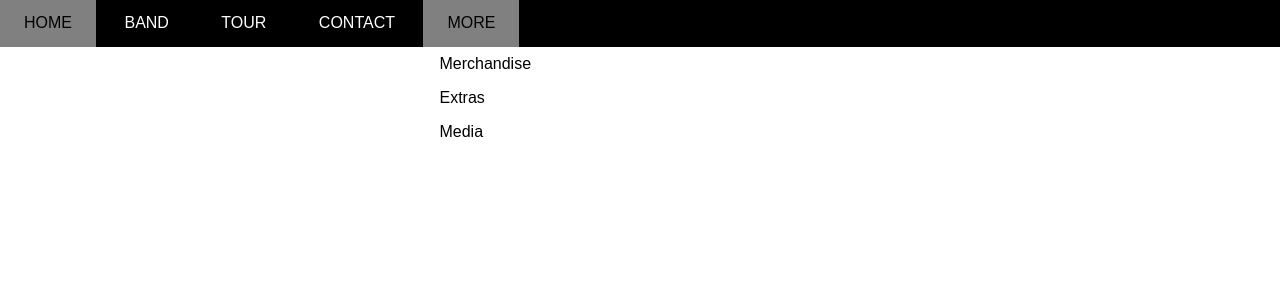
Repository: ngotranphuongbao/theband
Page: index.html
These files come from the project's save history. The page is drawn as it stood at one moment and after the next save; the edit follows.
The browser window is 1280 px wide. The pictures show the whole page.
The pointer rests on the first visible `#subnav > li`.
Some web libraries are served in a nearby version.

Above is the page before, as saved 2022-12-21 07:20:03.

### index.html
<!DOCTYPE html>
<html lang="en">
<head>
    <meta charset="UTF-8">
    <meta http-equiv="X-UA-Compatible" content="IE=edge">
    <meta name="viewport" content="width=device-width, initial-scale=1.0">
    <title>Document</title>
    <link rel="stylesheet" href="./assets/css/style.css">
    <script src="https://kit.fontawesome.com/55a0c61423.js" crossorigin="anonymous"></script>
</head>
<body>
    <div id="main">
        <div id="header">
            <ul id="nav">
                <li><a href="">Home</a></li>
                <li><a href="">Band</a></li>
                <li><a href="">Tour</a></li>
                <li><a href="">Contact</a></li>
                <li>
                    <a href="">More</a>
                    <ul id="subnav">
                        <li><a href="">Merchandise</a></li>
                        <li><a href="">Extras</a></li>
                        <li><a href="">Media</a></li>
                    </ul>
                </li>
            </ul>
        </div>

        <div id="slider">

        </div>

        <div id="content">

        </div>

        <div id="footer">

        </div>
    </div>

</body>
</html>

### assets/css/style.css
* {
    padding: 0px;
    margin: 0px;
    box-sizing: border-box;
}

html {
    font-family: Arial, Helvetica, sans-serif;
}

#main {

}

#header {
    height: 46.5px;
    background-color: black;


}

#nav > li {
    display: inline-block;
    padding: 12px 24px;
    position: relative;
}

#nav > li > a {
    line-height: 22.5px;
    text-decoration: none;
    text-transform: uppercase;
    color: white;
}

#nav > li:hover {
    background-color: grey;
}

#nav > li:hover > a {
    color: black;
}

#subnav {
    position: absolute;
    top: 46.5px;
    left: 0px;
}

#subnav > li {
    display: block;
    padding: 8px 16px;
}

#subnav > li > a {
    text-decoration: none;
    color: black;
}
#slider {

}

#content {

}

#footer {

}

After the next save:
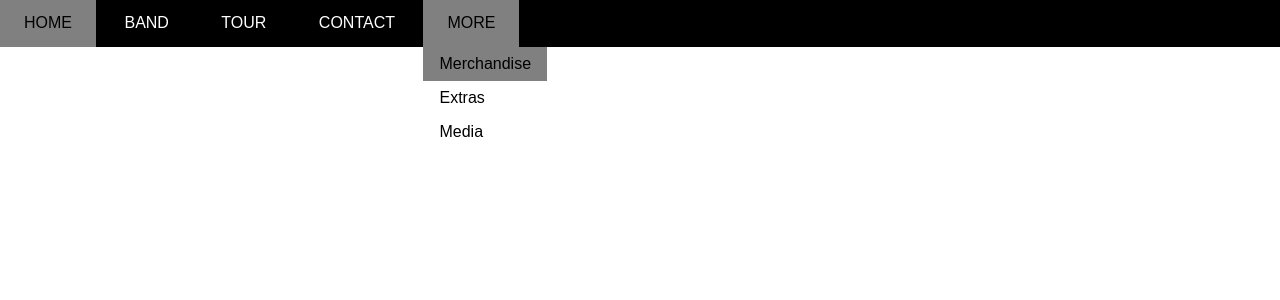
Saved 45 s later.
--- a/assets/css/style.css
+++ b/assets/css/style.css
@@ -51,6 +51,10 @@ html {
     padding: 8px 16px;
 }
 
+#subnav > li:hover {
+    background-color: grey;
+}
+
 #subnav > li > a {
     text-decoration: none;
     color: black;
